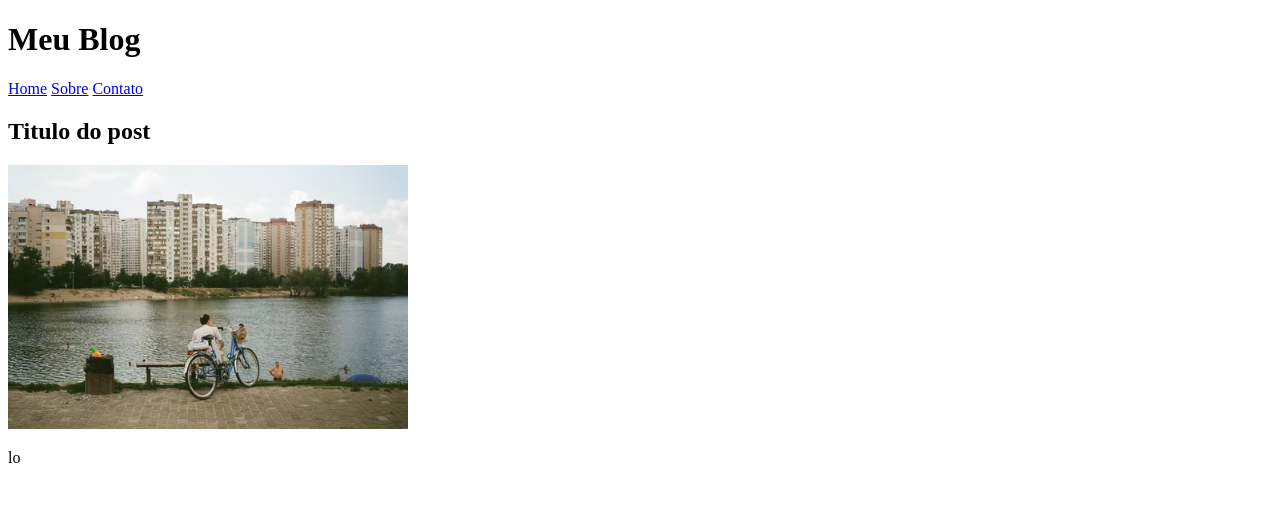
Repository: RenatoCCS/Mais1Code
Page: Rocketseat/Fundamentar/01 - O guia estelar de HTML/Desafios/Blog Post/index.html
These files come from the project's save history. The page is drawn as it stood at one moment and after a run of saves; the edit follows.
The browser window is 1280 px wide. The pictures show the whole page.

Above is the page before, as saved 2022-04-05 21:20:07.

### Rocketseat/Fundamentar/01 - O guia estelar de HTML/Desafios/Blog Post/index.html
<!DOCTYPE html>
<html lang="en">
<head>
    <meta charset="UTF-8">
    <meta http-equiv="X-UA-Compatible" content="IE=edge">
    <meta name="viewport" content="width=device-width, initial-scale=1.0">
    <title>Blog Post</title>
</head>
<body>
    <header>
        <h1>Meu Blog</h1>
        <a href="#">Home</a>
        <a href="#">Sobre</a>
        <a href="#">Contato</a>
    </header>

    <article><h2>Titulo do post</h2>
    <img width="400px" src="../1.avif" title="Bicicleta" alt="Bicicleta">
        <p>lo</p>


    </article>


</body>
</html>

After the next 2 saves:
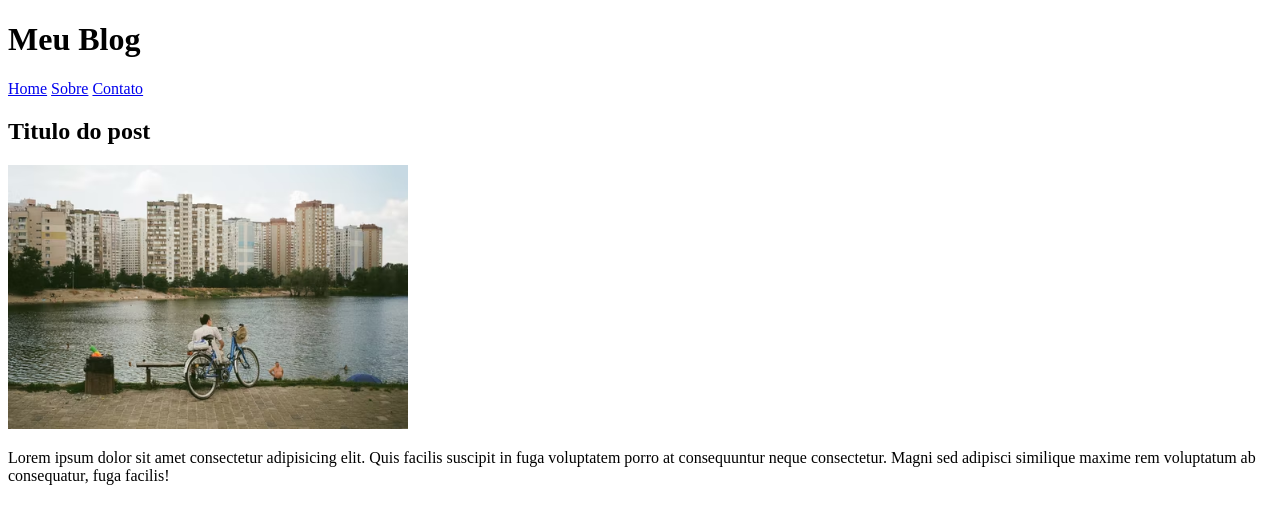
The 2 saves are shown as one change because they came seconds apart.
The last was saved 5 s later.
--- a/Rocketseat/Fundamentar/01 - O guia estelar de HTML/Desafios/Blog Post/index.html
+++ b/Rocketseat/Fundamentar/01 - O guia estelar de HTML/Desafios/Blog Post/index.html
@@ -16,7 +16,7 @@
 
     <article><h2>Titulo do post</h2>
     <img width="400px" src="../1.avif" title="Bicicleta" alt="Bicicleta">
-        <p>lo</p>
+        <p>Lorem ipsum dolor sit amet consectetur adipisicing elit. Quis facilis suscipit in fuga voluptatem porro at consequuntur neque consectetur. Magni sed adipisci similique maxime rem voluptatum ab consequatur, fuga facilis!</p>
 
 
     </article>
